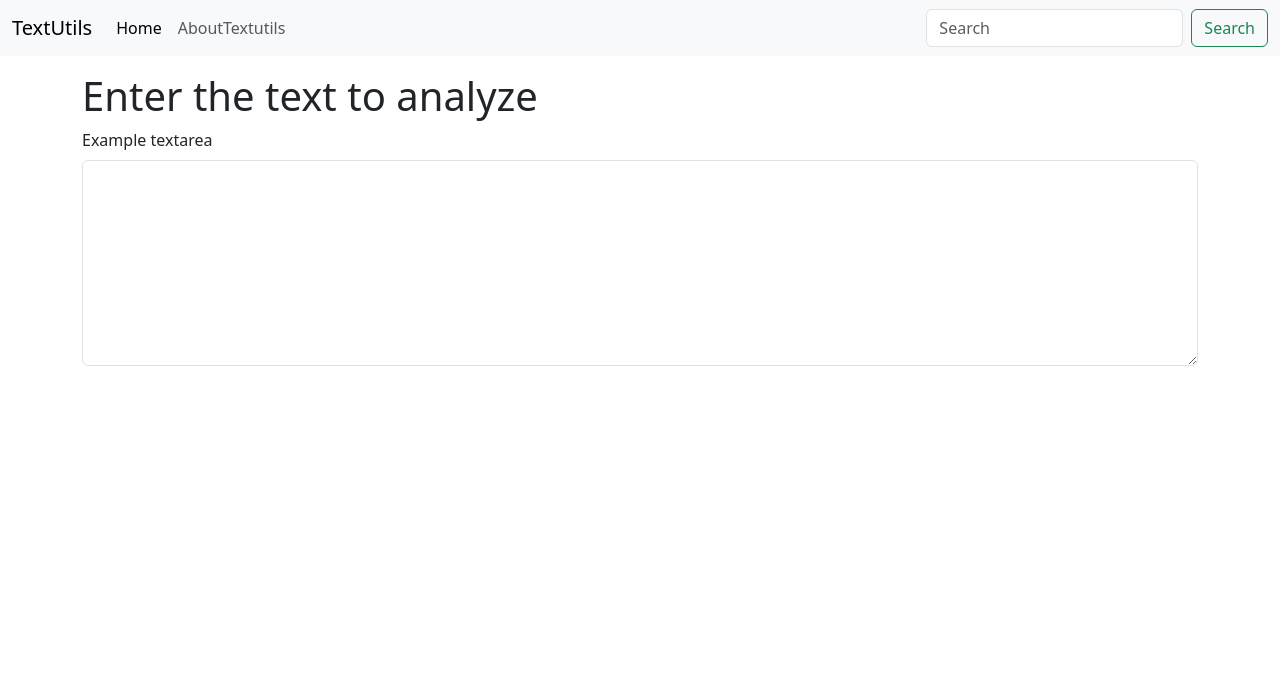
Repository: Rohit-foryou/Text-Utils
Page: /
These files come from the project's save history. The page is drawn as it stood at one moment and after the next save; the edit follows.
The browser window is 1280 px wide. The pictures show the whole page.
The project was rebuilt for these pictures with package versions that can differ from the ones it lists, and the page was loaded fresh each time. Also part of the build but not shown: src/index.css, src/App.css.

Above is the page before, as saved 2023-12-20 20:42:10.

### public/index.html
<!DOCTYPE html>
<html lang="en">
  <head>
    <meta charset="utf-8" />
    <link rel="icon" href="%PUBLIC_URL%/favicon.ico" />
    <meta name="viewport" content="width=device-width, initial-scale=1" />
    <meta name="theme-color" content="#000000" />
    <meta
      name="description"
      content="Web site created using create-react-app"
    />
    <link rel="apple-touch-icon" href="%PUBLIC_URL%/logo192.png" />
    <link rel="manifest" href="%PUBLIC_URL%/manifest.json" />

    <!-- Bootstrap CSS -->
    <link href="https://cdn.jsdelivr.net/npm/bootstrap@5.3.2/dist/css/bootstrap.min.css" rel="stylesheet" integrity="sha384-T3c6CoIi6uLrA9TneNEoa7RxnatzjcDSCmG1MXxSR1GAsXEV/Dwwykc2MPK8M2HN" crossorigin="anonymous">

    <title>React App</title>
  </head>
  <body>
    <noscript>You need to enable JavaScript to run this app.</noscript>
    <div id="root"></div>

    <script src="https://cdn.jsdelivr.net/npm/bootstrap@5.3.2/dist/js/bootstrap.bundle.min.js" integrity="sha384-C6RzsynM9kWDrMNeT87bh95OGNyZPhcTNXj1NW7RuBCsyN/o0jlpcV8Qyq46cDfL" crossorigin="anonymous"></script>
  </body>
</html>

### src/App.js
import "./App.css";
import Navbar from "./components/Navbar";
import TextForm from "./components/TextForm";


function App() {
  return (
    <>
      <Navbar title = "TextUtils" aboutText = "AboutTextutils"/>
      <div className="container my-3">
      <TextForm heading = "Enter the text to analyze"/>
      </div>
    </>
  );
}

export default App;

### src/components/Navbar.js
import React from 'react'
import PropTypes from 'prop-types'


export default function Navbar(props) {
  return (
    <nav className="navbar navbar-expand-lg bg-body-tertiary">
        <div className="container-fluid">
          <a className="navbar-brand" href="/">{props.title}</a>
          <button className="navbar-toggler" type="button" data-bs-toggle="collapse" data-bs-target="#navbarSupportedContent" aria-controls="navbarSupportedContent" aria-expanded="false" aria-label="Toggle navigation">
            <span className="navbar-toggler-icon"></span>
          </button>
          <div className="collapse navbar-collapse" id="navbarSupportedContent">
            <ul className="navbar-nav me-auto mb-2 mb-lg-0">
              <li className="nav-item">
                <a className="nav-link active" aria-current="page" href="/">Home</a>
              </li>
              <li className="nav-item">
                <a className="nav-link" href="/">{props.aboutText}</a>
              </li>
            </ul>
            <form className="d-flex" role="search">
              <input className="form-control me-2" type="search" placeholder="Search" aria-label="Search"/>
              <button className="btn btn-outline-success" type="submit">Search</button>
            </form>
          </div>
        </div>
      </nav>
  )
}

Navbar.propTypes = {title: PropTypes.string.isRequired,
                     AboutText: PropTypes.string.isRequired}

// Navbar.defaultProps = {
//     title: 'write title',
//     aboutText: 'About',
// }

### src/components/TextForm.js
import React from 'react'

export default function TextForm(props) {
  return (
    <div>
        <h1>{props.heading}</h1>
        <div className="mb-3">
        <label for="myBox" className="form-label">Example textarea</label>
        <textarea className="form-control" id="myBox" rows="8"></textarea>
        </div>
    </div>
  )
}

Loaded but not shown: src/index.js (common file); src/reportWebVitals.js (common file)

After the next save:
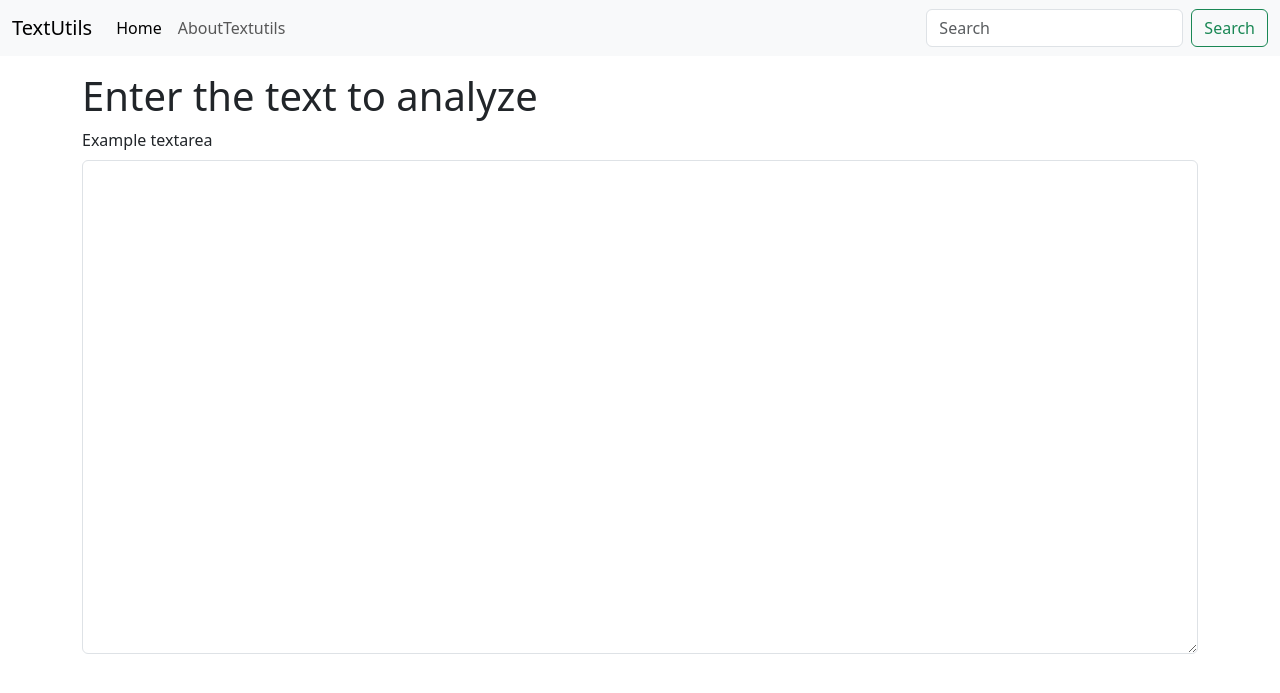
Saved 75 s later.
--- a/src/components/TextForm.js
+++ b/src/components/TextForm.js
@@ -6,7 +6,7 @@ export default function TextForm(props) {
         <h1>{props.heading}</h1>
         <div className="mb-3">
         <label for="myBox" className="form-label">Example textarea</label>
-        <textarea className="form-control" id="myBox" rows="8"></textarea>
+        <textarea className="form-control" id="myBox" rows="20"></textarea>
         </div>
     </div>
   )
